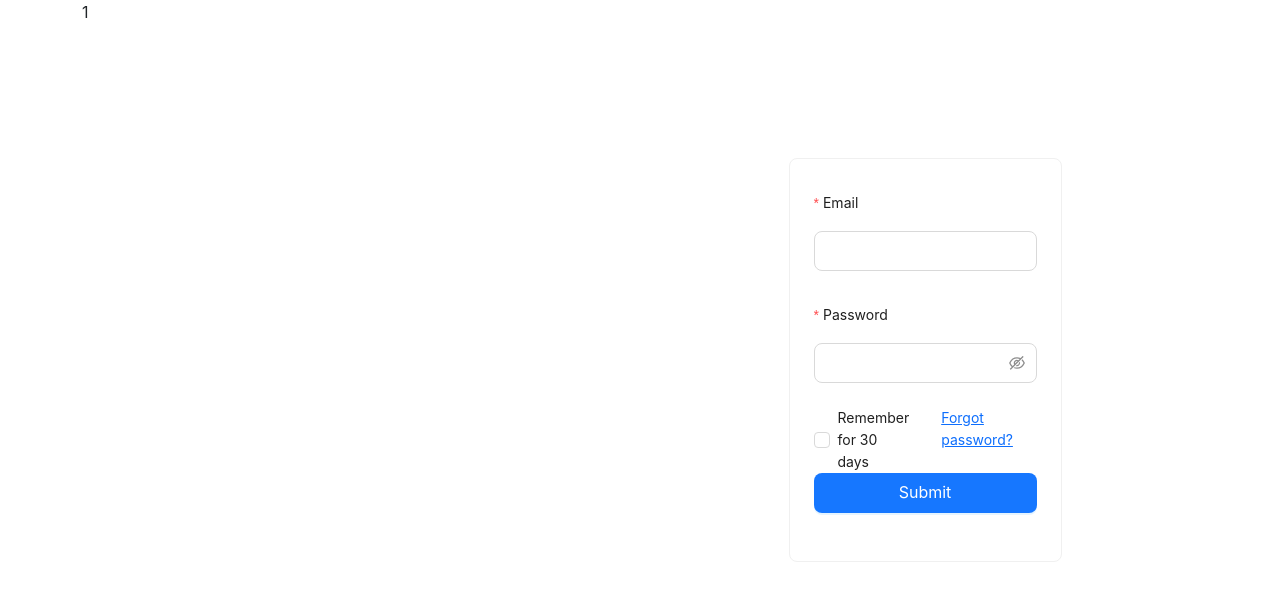
Repository: di-huynh-dev/kanban-inventory-management
Page: /
These files come from the project's save history. The page is drawn as it stood at one moment and after the next save; the edit follows.
The browser window is 1280 px wide. The pictures show the whole page.
The project was rebuilt for these pictures with package versions that can differ from the ones it lists, and the page was loaded fresh each time. Also part of the build but not shown: src/App.css, src/pages/auth/SignUp.tsx, src/routers/MainRouter.tsx.

Above is the page before, as saved 2024-09-07 12:12:46.

### public/index.html
<!DOCTYPE html>
<html lang="en">
  <head>
    <meta charset="utf-8" />
    <link rel="icon" href="%PUBLIC_URL%/favicon.ico" />
    <meta name="viewport" content="width=device-width, initial-scale=1" />
    <meta name="theme-color" content="#000000" />
    <meta
      name="description"
      content="Web site created using create-react-app"
    />
    <link rel="apple-touch-icon" href="%PUBLIC_URL%/logo192.png" />
    <link
      rel="stylesheet"
      href="https://cdn.jsdelivr.net/npm/bootstrap@5.3.2/dist/css/bootstrap.min.css"
      integrity="sha384-T3c6CoIi6uLrA9TneNEoa7RxnatzjcDSCmG1MXxSR1GAsXEV/Dwwykc2MPK8M2HN"
      crossorigin="anonymous"
    />
    <!--
      manifest.json provides metadata used when your web app is installed on a
      user's mobile device or desktop. See https://developers.google.com/web/fundamentals/web-app-manifest/
    -->
    <link rel="manifest" href="%PUBLIC_URL%/manifest.json" />
    <!--
      Notice the use of %PUBLIC_URL% in the tags above.
      It will be replaced with the URL of the `public` folder during the build.
      Only files inside the `public` folder can be referenced from the HTML.

      Unlike "/favicon.ico" or "favicon.ico", "%PUBLIC_URL%/favicon.ico" will
      work correctly both with client-side routing and a non-root public URL.
      Learn how to configure a non-root public URL by running `npm run build`.
    -->
    <title>React App</title>
  </head>
  <body>
    <noscript>You need to enable JavaScript to run this app.</noscript>
    <div id="root"></div>
    <!--
      This HTML file is a template.
      If you open it directly in the browser, you will see an empty page.

      You can add webfonts, meta tags, or analytics to this file.
      The build step will place the bundled scripts into the <body> tag.

      To begin the development, run `npm start` or `yarn start`.
      To create a production bundle, use `npm run build` or `yarn build`.
    -->
  </body>
</html>

### src/index.css
body {
  margin: 0;
  font-family: -apple-system, BlinkMacSystemFont, 'Segoe UI', 'Roboto', 'Oxygen', 'Ubuntu', 'Cantarell', 'Fira Sans',
    'Droid Sans', 'Helvetica Neue', sans-serif;
  -webkit-font-smoothing: antialiased;
  -moz-osx-font-smoothing: grayscale;
}

code {
  font-family: source-code-pro, Menlo, Monaco, Consolas, 'Courier New', monospace;
}

.content-center {
  height: 100vh;
  justify-content: center;
  align-items: center;
  display: flex;
}

### src/App.tsx
import './App.css'
import Routers from './routers/Routers'

function App() {
  return <Routers />
}

export default App

### src/routers/Routers.tsx
import AuthRouter from './AuthRouter'
import MainRouter from './MainRouter'

const Routers = () => {
  return 1 < 2 ? <AuthRouter></AuthRouter> : <MainRouter></MainRouter>
}

export default Routers

### src/routers/AuthRouter.tsx
import { createBrowserRouter, RouterProvider } from 'react-router-dom'
import { LoginPage, SignUpPage } from '../pages'

const authRouter = createBrowserRouter([
  {
    path: '/',
    element: <LoginPage></LoginPage>,
  },
  {
    path: '/sign-up',
    element: <SignUpPage></SignUpPage>,
  },
])
const AuthRouter = () => {
  return (
    <div className="container">
      <div className="row">
        <div className="col">1</div>
        <div className="col content-center">
          <RouterProvider router={authRouter} />
        </div>
      </div>
    </div>
  )
}

export default AuthRouter

### src/pages/index.ts
import LoginPage from './auth/Login'
import SignUpPage from './auth/SignUp'

export { LoginPage, SignUpPage }

### src/pages/auth/Login.tsx
import type { FormProps } from 'antd'
import { Button, Card, Checkbox, Flex, Form, Input } from 'antd'
import { useState } from 'react'
import { Link } from 'react-router-dom'

type FieldType = {
  email?: string
  password?: string
  remember?: string
}

const LoginPage = () => {
  const [isLoading, setIsLoading] = useState(false)
  const [isRemember, setIsRemember] = useState(false)

  const onFinish: FormProps<FieldType>['onFinish'] = (values) => {
    console.log('Success:', values)
  }

  return (
    <>
      <Card
        style={{
          width: '50%',
        }}
      >
        <Form
          layout="vertical"
          initialValues={{ remember: true }}
          onFinish={onFinish}
          disabled={isLoading}
          size="large"
        >
          <Form.Item<FieldType> label="Email" name="email" rules={[{ required: true, message: 'Enter your email!' }]}>
            <Input allowClear maxLength={100} type="email" />
          </Form.Item>

          <Form.Item<FieldType>
            label="Password"
            name="password"
            rules={[{ required: true, message: 'Enter your password!' }]}
          >
            <Input.Password />
          </Form.Item>

          <div className="row">
            <div className="col">
              <Checkbox checked={isRemember} onChange={(val) => setIsRemember(val.target.checked)}>
                Remember for 30 days
              </Checkbox>
            </div>
            <div className="col text-right">
              <Link to={'/'}>Forgot password?</Link>
            </div>
          </div>

          <Form.Item>
            <Button type="primary" loading={isLoading} size="large" htmlType="submit" style={{ width: '100%' }}>
              Submit
            </Button>
          </Form.Item>
        </Form>
      </Card>
    </>
  )
}

export default LoginPage

Loaded but not shown: src/index.tsx (common file); src/reportWebVitals.ts (common file)

After the next save:
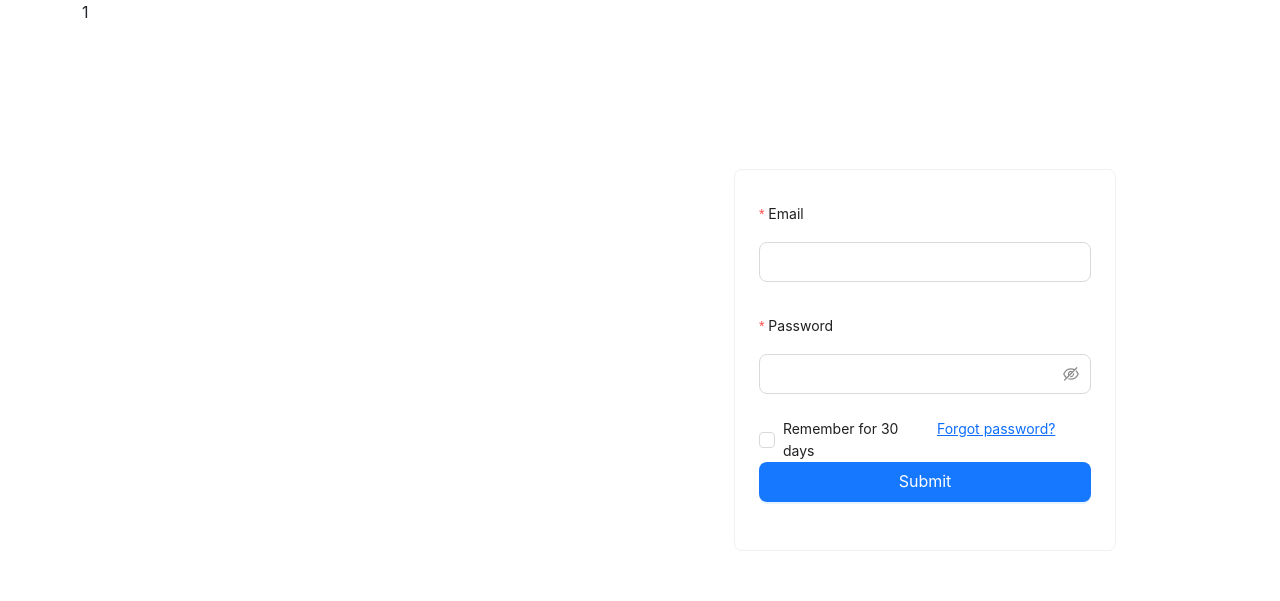
Saved 15 s later.
--- a/src/pages/auth/Login.tsx
+++ b/src/pages/auth/Login.tsx
@@ -21,7 +21,7 @@ const LoginPage = () => {
     <>
       <Card
         style={{
-          width: '50%',
+          width: '70%',
         }}
       >
         <Form
